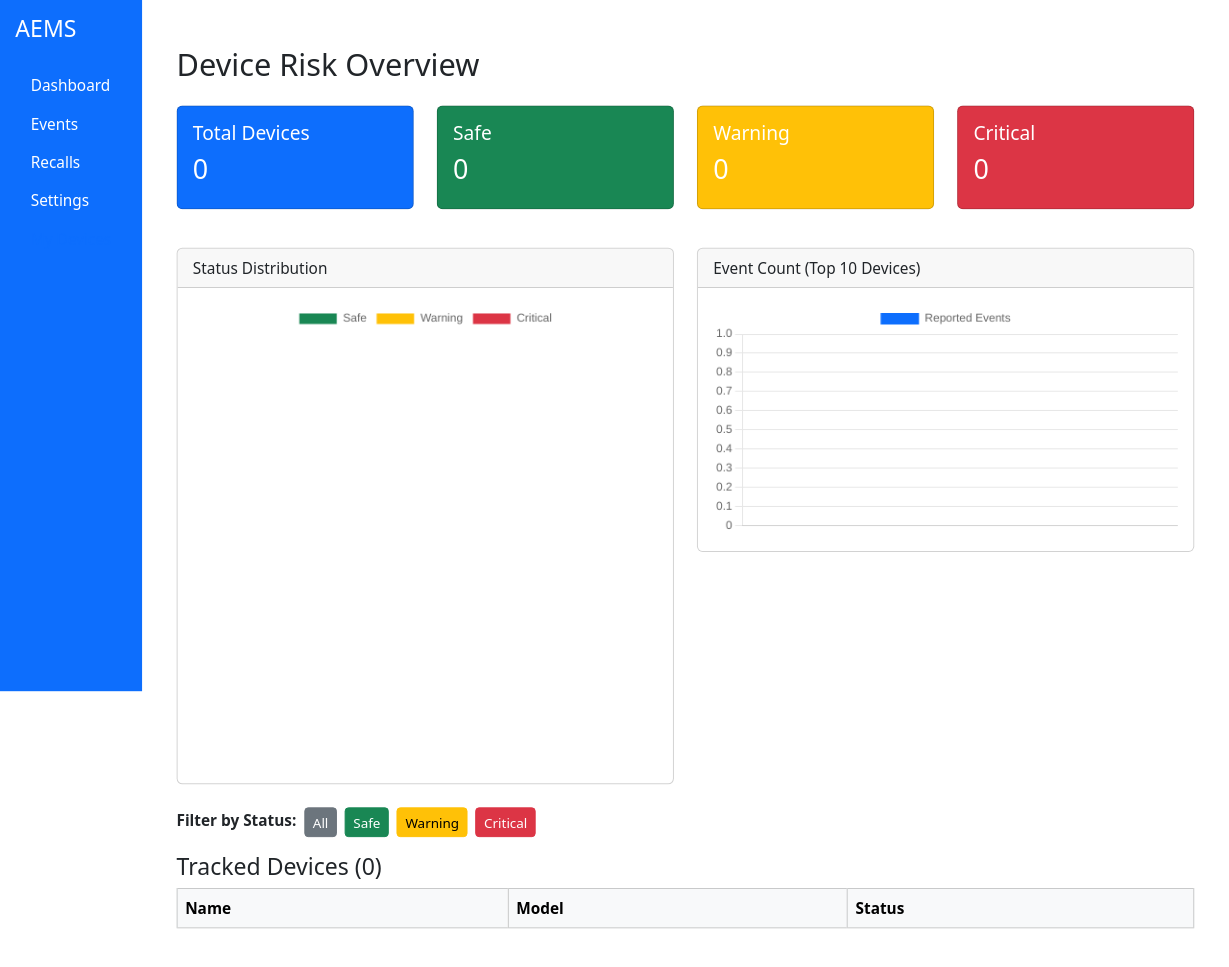
Repository: Sarary2/AEMS_2MVP
Page: / (app in frontend/AEMS/)
The author's editor kept a copy of each file at every save. The page is drawn from the files as they stood at one save, then again after the next save.
The browser window is 1280 px wide. The pictures show the whole page, at 96% of full size.
The page's requests for data from a server got no answer. The project was rebuilt for these pictures with package versions that can differ from the ones it lists, and the page was loaded fresh each time. No one was signed in, and anything a server would have sent is missing. Also part of the build but not shown: frontend/AEMS/vite.config.js, frontend/AEMS/src/components/DeviceRow.jsx, frontend/AEMS/src/pages/Events.jsx, frontend/AEMS/src/firebase.js, frontend/AEMS/src/pages/Login.jsx, frontend/AEMS/src/pages/Register.jsx, frontend/AEMS/src/pages/TrackedDevices.jsx.

Above is the page before, as saved 2025-05-06 10:49:57.

After the next save:
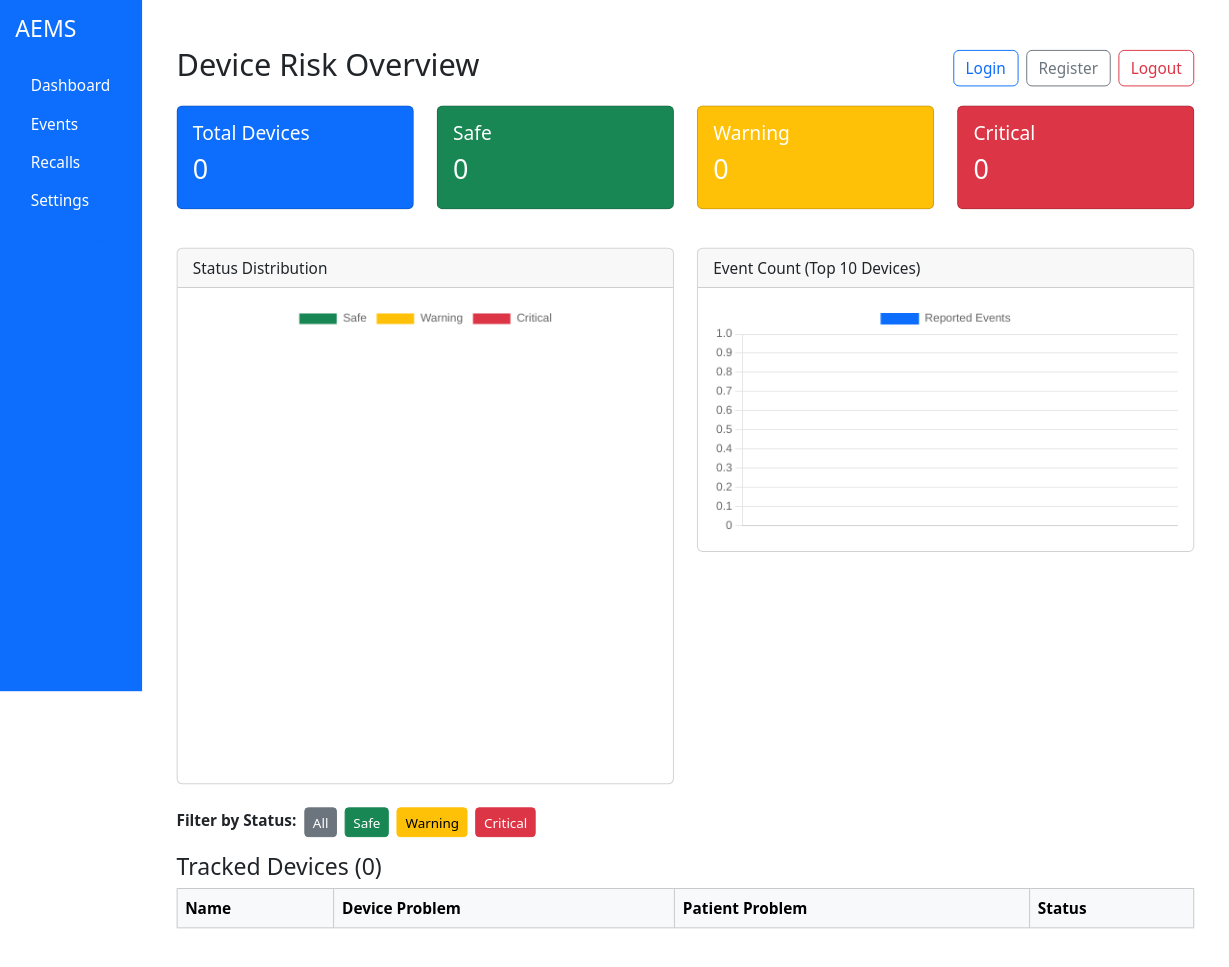
Saved 18 min 10 s later.
--- a/frontend/AEMS/src/pages/Dashboard.jsx
+++ b/frontend/AEMS/src/pages/Dashboard.jsx
@@ -1,4 +1,5 @@
 import { useEffect, useState } from 'react';
+import { useNavigate } from 'react-router-dom';
 import StatCard from '../components/StatCard';
 import DeviceRow from '../components/DeviceRow';
 import StatusChart from '../components/StatusChart';
@@ -7,6 +8,7 @@ import EventsChart from '../components/EventsChart';
 export default function Dashboard() {
   const [devices, setDevices] = useState([]);
   const [filter, setFilter] = useState('All');
+  const navigate = useNavigate();
 
   useEffect(() => {
     fetch('http://localhost:5001/api/devices/all')
@@ -24,12 +26,18 @@ export default function Dashboard() {
   };
 
   const { total, safe, warning, critical } = getStatusCounts();
-
   const filteredDevices = filter === 'All' ? devices : devices.filter(d => d.status === filter);
 
   return (
     <div className="container-fluid">
-      <h2 className="my-4">Device Risk Overview</h2>
+      <div className="d-flex justify-content-between align-items-center mt-4 mb-3">
+        <h2>Device Risk Overview</h2>
+        <div>
+          <button className="btn btn-outline-primary me-2" onClick={() => navigate('/login')}>Login</button>
+          <button className="btn btn-outline-secondary me-2" onClick={() => navigate('/register')}>Register</button>
+          <button className="btn btn-outline-danger" onClick={() => alert('Logged out')}>Logout</button>
+        </div>
+      </div>
 
       <div className="row mb-4">
         <StatCard title="Total Devices" count={total} color="primary" />
@@ -48,7 +56,7 @@ export default function Dashboard() {
       </div>
 
       <div className="mb-3">
-        <strong>Filter by Status: </strong>
+        <strong>Filter by Status:</strong>{' '}
         {['All', 'Safe', 'Warning', 'Critical'].map((s) => (
           <button
             key={s}
@@ -61,11 +69,12 @@ export default function Dashboard() {
       </div>
 
       <h4>Tracked Devices ({filteredDevices.length})</h4>
-      <table className="table table-bordered mt-2">
+      <table className="table table-striped table-bordered mt-2">
         <thead className="table-light">
           <tr>
             <th>Name</th>
-            <th>Model</th>
+            <th>Device Problem</th>
+            <th>Patient Problem</th>
             <th>Status</th>
           </tr>
         </thead>
@@ -74,7 +83,8 @@ export default function Dashboard() {
             <DeviceRow
               key={i}
               name={device.deviceName}
-              model={device.model}
+              model={device.deviceProblem || 'N/A'}
+              patientProblem={device.patientProblem || 'N/A'}
               status={device.status}
             />
           ))}
